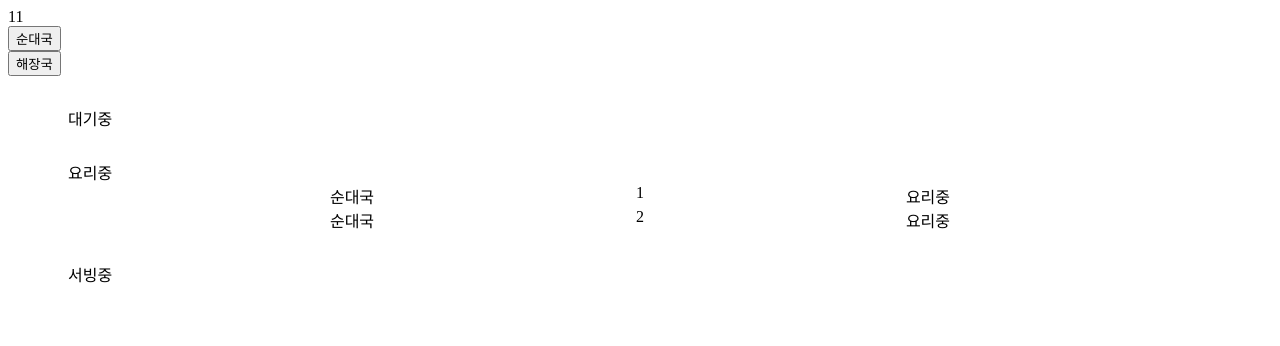
Repository: IT-magician/Restaurant-Simulation
Page: index.html
An editor plug-in stored every save of this project. The page is shown before and after the next save, followed by the edit.
The browser window is 1280 px wide. The pictures show the whole page.

Above is the page before, as saved 2023-11-14 23:01:27.

After the next save:
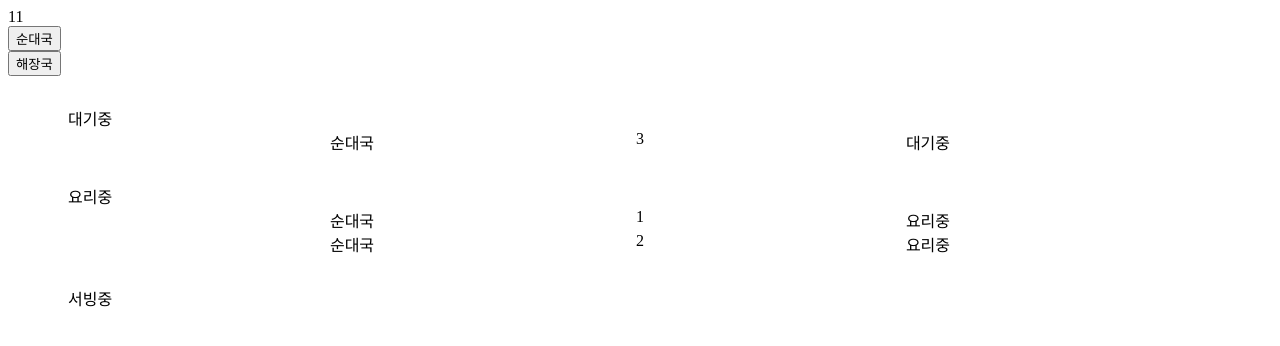
Saved 18 s later.
--- a/js/MachinesOfManaingeStore.js
+++ b/js/MachinesOfManaingeStore.js
@@ -184,7 +184,7 @@ class OrderManager {
       orderNumber: uuid,
       statusName: null,
     });
-    // this.#update(uuid, "대기중");
+    this.#update(uuid, "대기중");
 
     const waitingCookerArrival = async function (staff) {
       let result = null;
